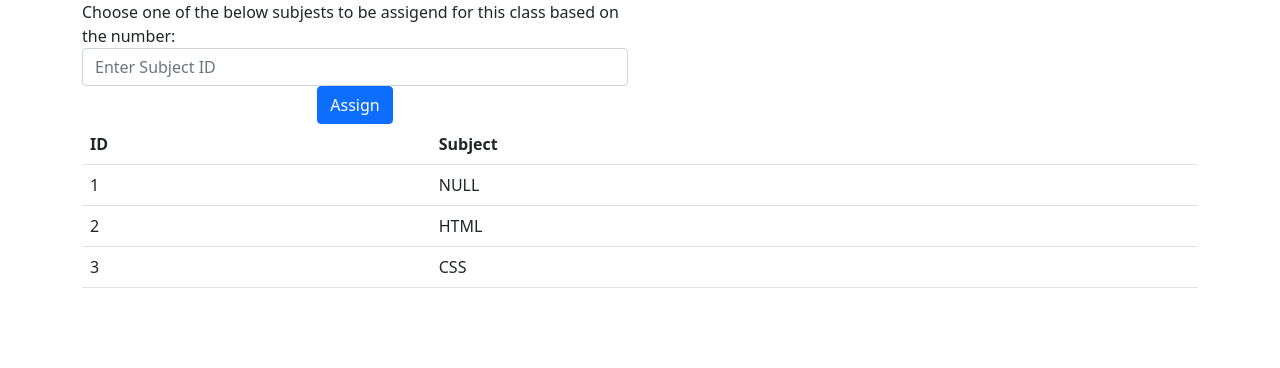
Repository: hossam141/Java_FSD_Vodafone_Project_1_Phase-2
Page: http://localhost/Admin_for_Learners__Academy/assignSub.jsp
The author's editor kept a copy of each file at every save. The page is drawn from the files as they stood at one save, then again after the next save.
The browser window is 1280 px wide. The pictures show the whole page.
The page is served by Tomcat 9. Other server files are loaded and not shown.

Above is the page before, as saved 2023-02-28 20:31:55.

### Admin_for_Learners_ Academy/src/main/webapp/assignSub.jsp
<%@ page language="java" contentType="text/html; charset=UTF-8"
    pageEncoding="UTF-8"%>
<!DOCTYPE html>
<html>
<head>
<meta charset="UTF-8">
<title>Insert title here</title>
<link
	href="https://cdn.jsdelivr.net/npm/bootstrap@5.0.2/dist/css/bootstrap.min.css"
	rel="stylesheet"
	integrity="sha384-EVSTQN3/azprG1Anm3QDgpJLIm9Nao0Yz1ztcQTwFspd3yD65VohhpuuCOmLASjC"
	crossorigin="anonymous">
<script
	src="https://cdn.jsdelivr.net/npm/bootstrap@5.0.2/dist/js/bootstrap.bundle.min.js"
	integrity="sha384-MrcW6ZMFYlzcLA8Nl+NtUVF0sA7MsXsP1UyJoMp4YLEuNSfAP+JcXn/tWtIaxVXM"
	crossorigin="anonymous"></script>
</head>
<body>

<div class="container">
		<form action="assignSub" method="post">
			<div class="row">
				<div class="col-lg-6 col-lg-offset-3">
					<div class="form-group">
						<label for="name">Choose one of the below subjests to be assigend for this class based on the number:</label>
						<input type="text"
							class="form-control" id="subjectID" placeholder="Enter Subject ID"
							name="sid">
					</div>
					<div align="center">
						<input type="submit" class="btn btn-primary" value="Assign"/>
					</div>
				</div>
			</div>
		</form>
	</div>

	<div class="container">
		<table class="table">
			<tr>
				<th>ID</th>
				<th>Subject</th>
			</tr>
			<tr>
				<td>1</td>
				<td>NULL</td>
			</tr>
			<tr>
				<td>2</td>
				<td>HTML</td>
			<tr>
				<td>3</td>
				<td>CSS</td>
			</tr>

</body>
</html>

After the next save:
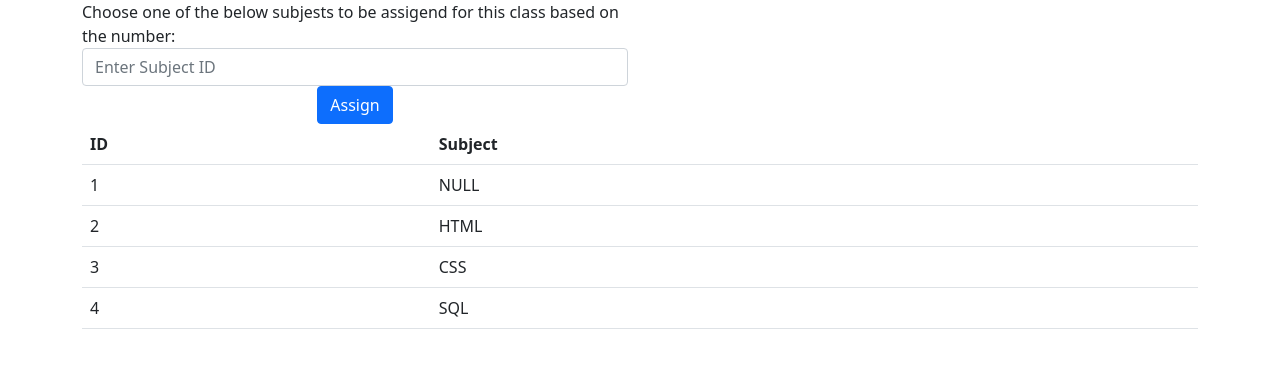
Saved 35 s later.
--- a/Admin_for_Learners_ Academy/src/main/webapp/assignSub.jsp
+++ b/Admin_for_Learners_ Academy/src/main/webapp/assignSub.jsp
@@ -52,6 +52,10 @@
 				<td>3</td>
 				<td>CSS</td>
 			</tr>
+			<tr>
+				<td>4</td>
+				<td>SQL</td>
+			</tr>
 
 </body>
 </html>
